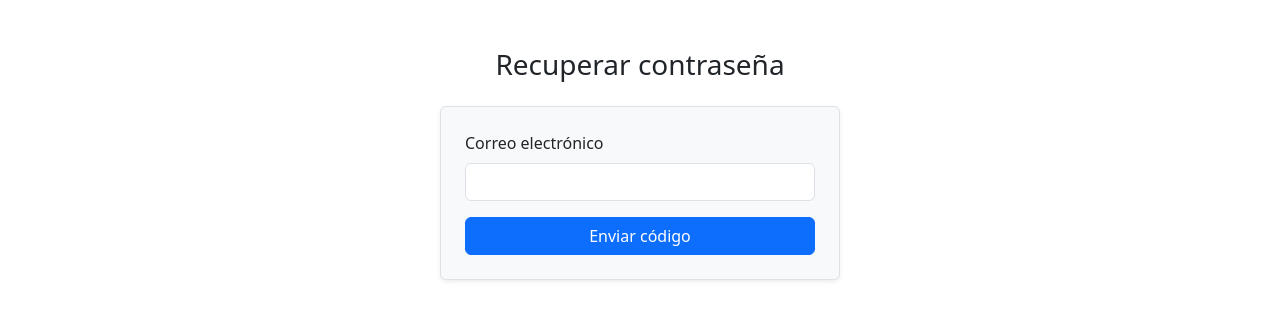
Repository: pilarfolgar/PROYECTO-2025
Page: http://localhost/P/recuperar.php
An editor plug-in stored every save of this project. The page is shown before and after the next save, followed by the edit.
The browser window is 1280 px wide. The pictures show the whole page.
The page is run by PHP 8.4 with error messages shown; the project is at /var/www/html/.

Above is the page before, as saved 2025-10-15 07:51:38.

After the next save:
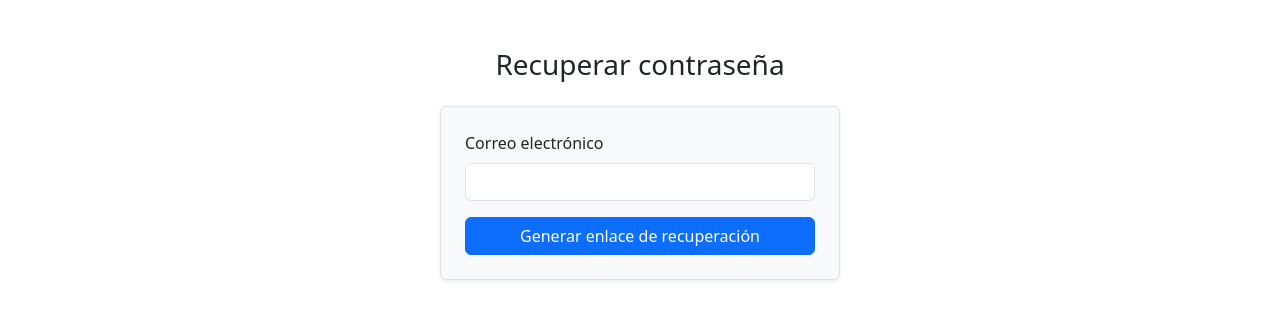
Saved 69 s later.
--- a/recuperar.php
+++ b/recuperar.php
@@ -9,12 +9,12 @@
 
 <h3 class="text-center mb-4">Recuperar contraseña</h3>
 
-<form method="POST" action="enviar_codigo.php" class="p-4 border rounded bg-light shadow-sm mx-auto" style="max-width:400px;">
+<form method="POST" action="enviar_token_local.php" class="p-4 border rounded bg-light shadow-sm mx-auto" style="max-width:400px;">
   <div class="mb-3">
     <label for="email" class="form-label">Correo electrónico</label>
     <input type="email" class="form-control" id="email" name="email" required>
   </div>
-  <button type="submit" class="btn btn-primary w-100">Enviar código</button>
+  <button type="submit" class="btn btn-primary w-100">Generar enlace de recuperación</button>
 </form>
 
 </body>
